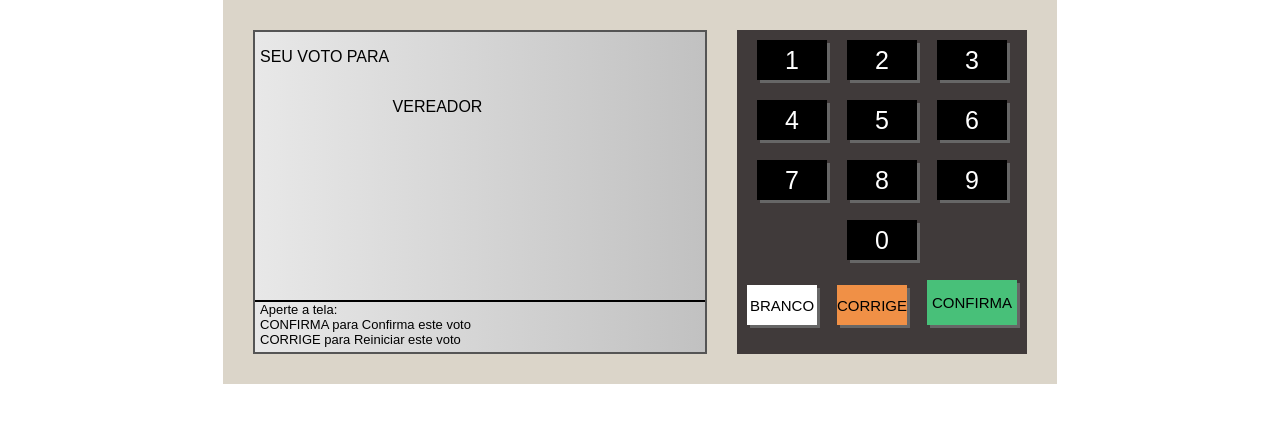
Repository: ThiagoIturra/urnaJs
Page: index.html
These files come from the project's save history. The page is drawn as it stood at one moment and after a run of saves; the edit follows.
The browser window is 1280 px wide. The pictures show the whole page.
After loading, the first visible `div.button--branco` was clicked once.

Above is the page before, as saved 2022-01-07 12:27:07.

After the next 2 saves:
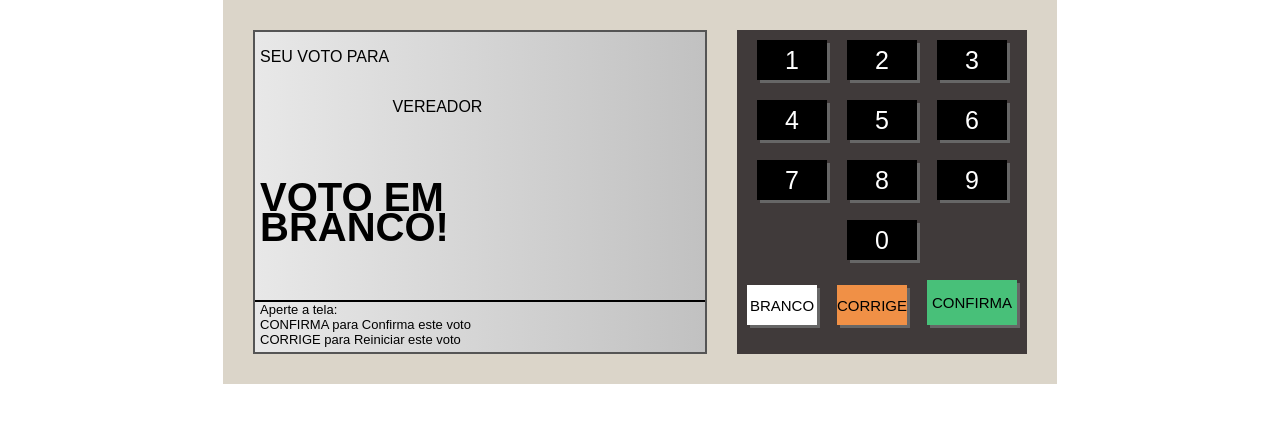
The 2 saves are shown as one change because they came seconds apart.
The last was saved 40 s later.
--- a/script.js
+++ b/script.js
@@ -85,6 +85,7 @@ function branco() {
         yourVoteFor.style.display = 'block';
         notification.style.display = 'block';
         digits.innerHTML = '';
+        description.innerHTML = '<div class="notification--large">VOTO EM BRANCO!</div>';
     }
 }
 
